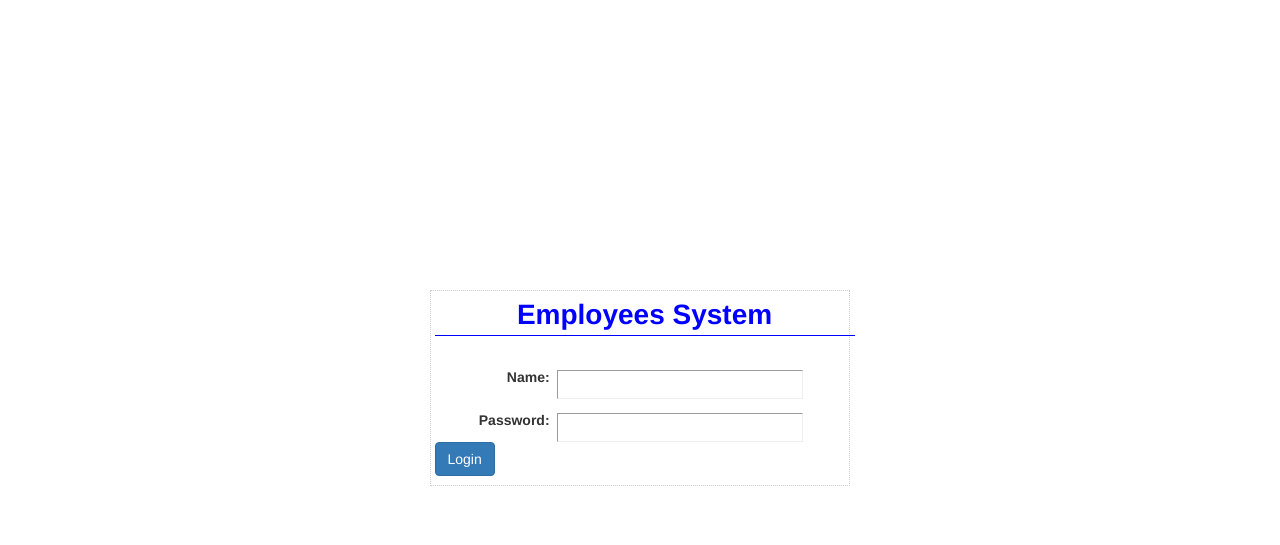
Repository: Hossam-Ali-zz/Employee-System
Page: http://localhost/Employee/login.jsp?lang=en
An editor plug-in stored every save of this project. The page is shown before and after the next save, followed by the edit.
The browser window is 1280 px wide. The pictures show the whole page.
Some web libraries are served in a nearby version. The page is served by Tomcat 9. Nobody is signed in. The application's start-up code is not run. Other server files are loaded and not shown.

Above is the page before, as saved 2017-04-03 12:26:45.

### Employee/WebContent/login.jsp
<!DOCTYPE HTML PUBLIC "-//W3C//DTD HTML 4.01//EN" "http://www.w3.org/TR/html4/strict.dtd">
<html>
<head>
<title>Employee</title>
<link rel="stylesheet"
	href="https://maxcdn.bootstrapcdn.com/bootstrap/3.3.7/css/bootstrap.min.css">
<script
	src="https://ajax.googleapis.com/ajax/libs/jquery/3.1.1/jquery.min.js"></script>
<script
	src="https://maxcdn.bootstrapcdn.com/bootstrap/3.3.7/js/bootstrap.min.js"></script>
<style type="text/css">
html, body {
	height: 100%;
	padding: 0;
	margin: 0;
}

form {
	width: 30em;
	height: 14em;
	margin: -5em auto 0 auto;
	position: relative;
	top: 50%;
	border: 1px dotted #ccc;
	padding: .25em;
}

fieldset {
	margin: 0;
	border: 0;
	padding: 0;
}

legend {
	float: left;
	font-size: 200%;
	text-align: center;
	color: blue;
	font-weight: bold;
	border-bottom: 1px solid blue;
	width: 15em;
	padding: 0;
}

label, label+input {
	display: inline;
	float: left;
	margin-top: 1em;
}

label {
	text-align: right;
	width: 28%;
	clear: left;
	margin-top: .8em;
}

label+input {
	width: 60%;
	padding: .25em;;
	margin-left: .5em;
	border: 1px inset;
	margin-left:
}

#sub {
	margin-top: 1em;
	position: relative;
	float: left;
	clear: left;
	margin-left: 29%
}
</style>
</head>
<body>
	<form action="" method="post">
		<fieldset>
			<legend>Employees System</legend>
			<label for="name">Name: </label><input type="text" name="name"
				id="name"> <label for="password">Password: </label><input
				type="password" name="password" id="password"> <input
				class="btn btn-primary btn-md" type="submit" value="Login">
		</fieldset>
	</form>
</body>
</html>

After the next save:
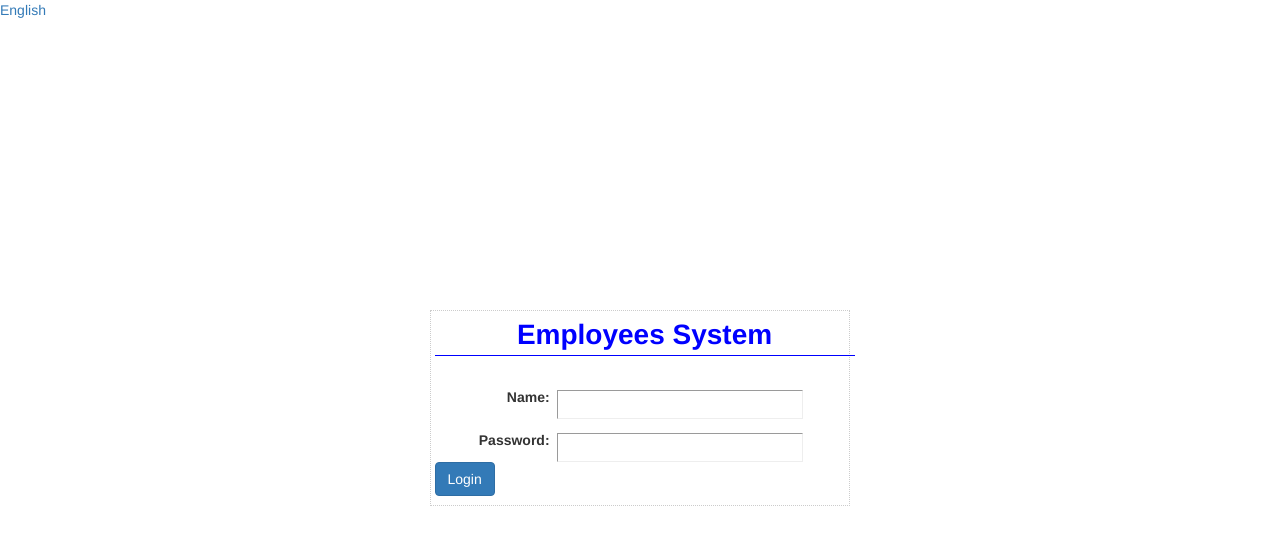
Saved 29 s later.
--- a/Employee/WebContent/login.jsp
+++ b/Employee/WebContent/login.jsp
@@ -73,6 +73,7 @@ label+input {
 </style>
 </head>
 <body>
+<a href="?lang=en">English</a>
 	<form action="" method="post">
 		<fieldset>
 			<legend>Employees System</legend>
